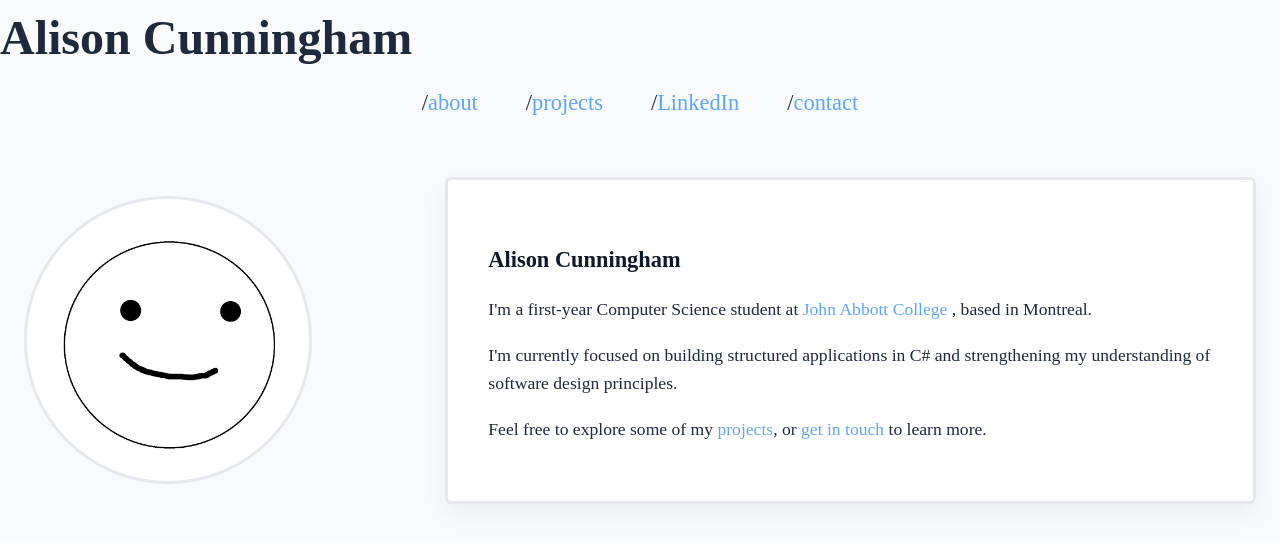
Repository: alison-cunningham/alison-cunningham
Page: index.html
An editor plug-in stored every save of this project. The page is shown before and after the next save, followed by the edit.
The browser window is 1280 px wide. The pictures show the whole page.
Some web fonts or font styles are not loaded; a fallback is used.

Above is the page before, as saved 2026-05-12 20:08:54.

### index.html
<!DOCTYPE html>
<html lang="en">
<head>
    <meta charset="UTF-8" />
    <title>Alison Cunningham - Home Page</title>
    <meta name="viewport" content="width=device-width, initial-scale=1.0">
    <link rel="stylesheet" href="./styles/globals.css"/>
    <link rel="stylesheet" href="./styles/index.css" />
</head>

<body>
    <header>
        <h1>Alison Cunningham</h1>
        <div class="nav-bar">
            <a href="index.html">/<span class="hover-text">about</span></a>
            <a href="./pages/main-projects-page.html">/<span class="hover-text">projects</span></a>
            <a href="https://www.linkedin.com/in/alison-c-427578b5">/<span class="hover-text">LinkedIn</span></a>
            <a href="mailto:cunningham.alison.m@gmail.com">/<span class="hover-text">contact</span></a>
        </div>
    </header>

    <main>
        <img class="home-page-img" src="./assets/images/placeholder.jpg" alt="this is just a placeholder">

        <div class="about-me">
            <h3>Alison Cunningham</h3>
                <p>
        I'm a first-year Computer Science student at
        <a href="https://johnabbott.qc.ca/career-programs/computer-science-technology/" class="hover-text">
            John Abbott College
        </a>, based in Montreal.
    </p>

    <p>
        I'm currently focused on building structured applications in C# and strengthening my understanding of software design principles.
    </p>

    <p>
        Feel free to explore some of my <a href="projects.html" class="hover-text">projects</a>,
        or <a href="mailto:cunningham.alison.m@gmail.com" class="hover-text">get in touch</a> to learn more.
    </p>

        </div>


    </main>



</body>

</html>

### styles/globals.css
@font-face{
    font-family: 'Radio-Canada';
    src: url('../assets/fonts/Radio_Canada/RadioCanada-VariableFont_wdth\,wght.ttf')
}

*{
    box-sizing: border-box;
}

body{
    font-family: 'Radio-Canada';

    background-color: #f8fafc;
    color: #1e293b;

    line-height: 1.6;
    font-size: 1rem;

    margin: 0;
    overflow-x: hidden;
}


a{
    text-decoration: none;
    color: inherit;
}

h3{
    font-size: 1.4rem;
    margin-bottom: 1rem;
    color: #0f172a;
}

.page-header{

    font-size: 1.3rem;
    width: 100%;
    padding: 1rem 0;

    background-color: #ffffff;
    border-bottom: .2rem solid #e5e7eb85;

    display: flex;
    flex-direction: column;
    align-items: center;
    justify-content: center;
    text-align: center;


}

header h1{
    font-size: 3rem;
    margin: 0;
}

.nav-bar{
    display: flex;
    gap: 2rem;

    width: 100%;
    max-width: 100%;

    overflow-x: auto;

    padding: 0.5rem 1rem;
    margin: 0;

    font-size: 1.5rem;
}

.nav-bar::-webkit-scrollbar{
    height: 0.45rem;
}

.nav-bar::-webkit-scrollbar-track{
    background: #e5e7eb;
    border-radius: 999rem;
}

.nav-bar::-webkit-scrollbar-thumb{
    background: #34d399;
    border-radius: 999rem;
}

.hover-text{
    color: #60a5fa;
    position: relative;
}

.hover-text:hover{
    color: #34d399;
}

.hover-text::after{
    content:"";
    position: absolute;
    left: 0;
    bottom: -2px;

    width: 0%;
    height: 2px;
    background: #34d399;
    transition: width 0.6s ease;

}

.hover-text:hover::after {
    width: 100%;
}

### styles/index.css
.home-page-img{
    display: block;
    width: 15rem;
    border: .2rem solid #e5e7eb;
    border-radius: 50%;

    transition: transform 0.3s ease;
}

.home-page-img:hover{
    transform: scale(1.05);
}

main{
    display: flex;
    flex-direction: column;

    align-items: center;
    justify-content: center;

    gap: 3rem;
    padding: 3rem 1.5rem;

    width: 100%;
    margin: 0 auto;
}

.about-me{

    padding: 2rem;
    background-color: #ffffff;

    border: .2rem solid #e5e7eb;
    border-radius: .4rem;

    box-shadow: 0 10px 25px rgba(0,0,0,0.05);
}

@media (min-width: 768px){

    .nav-bar {
        justify-content: center;
        overflow-x: visible;
    }

    main {
        display: grid;
        grid-template-columns: 1fr 2fr;
        align-items: center;
        gap: 1rem;
    }

    .about-me{
        padding: 2.5rem;
    }

    .home-page-img{
        width: 18rem;
    }

}

@media (min-width: 900px) {

    main {
        display: grid;
        grid-template-columns: 1fr 2fr;
        align-items: center;
        gap: 1rem;
    }

    .page-header{
        font-size: 3.5rem;
        gap: 3rem;
    }

    .nav-bar{
        font-size: 1.4rem;
        gap: 3rem;
    }

    .about-me{
        font-size: 1.1rem;
    }

}

After the next save:
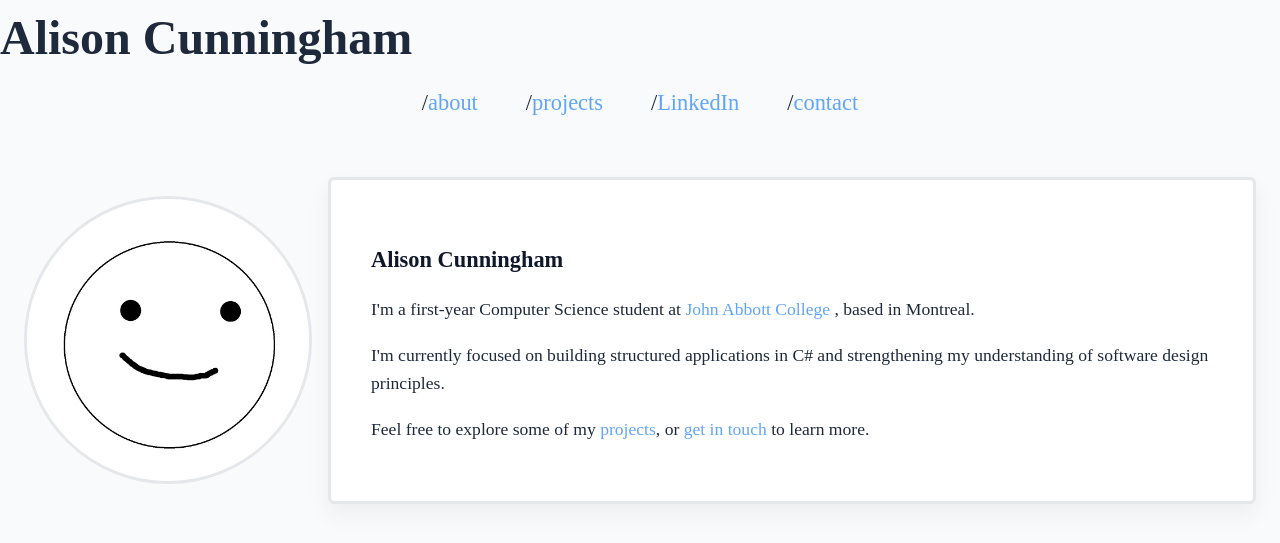
Saved 31 s later.
--- a/styles/index.css
+++ b/styles/index.css
@@ -64,7 +64,7 @@ main{
 
     main {
         display: grid;
-        grid-template-columns: 1fr 2fr;
+        grid-template-columns: auto 2fr;
         align-items: center;
         gap: 1rem;
     }
